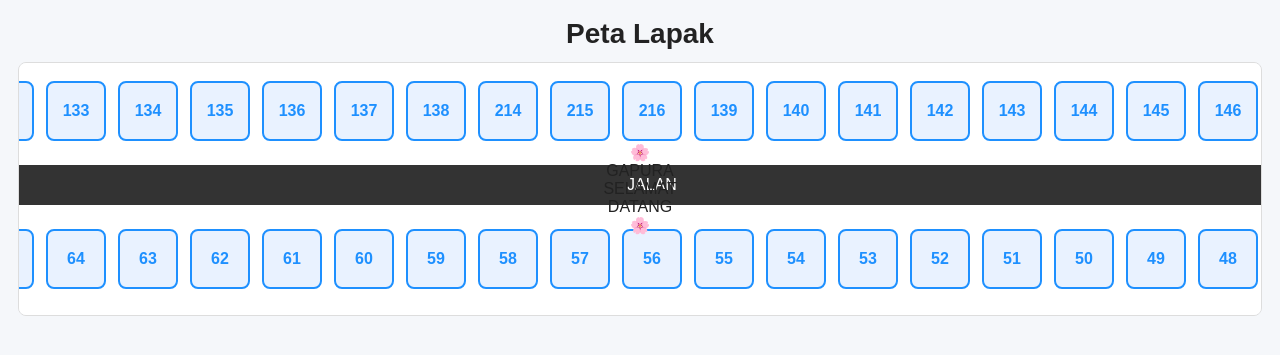
Repository: pasarrakyatbak/denah
Page: index.html
These files come from the project's save history. The page is drawn as it stood at one moment and after the next save; the edit follows.
The browser window is 1280 px wide. The pictures show the whole page.

Above is the page before, as saved 2025-09-19 08:30:29.

After the next save:
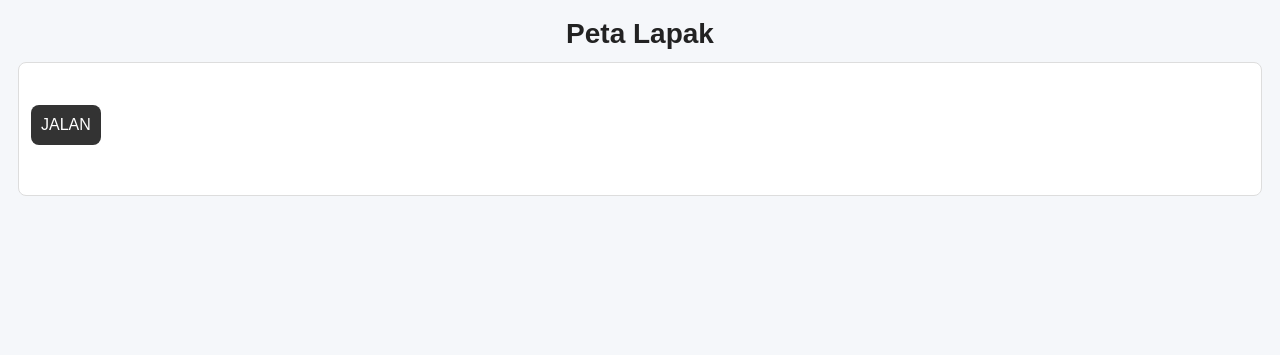
Console error: SyntaxError: Identifier 'leftNumbers' has already been declared
Saved 5 s later.
--- a/script.js
+++ b/script.js
@@ -18,6 +18,10 @@
     161, 162, 163, 164, 165, 166, 167, 168, 169, 170, 171, 172, 173, 174, 175, 176, 177, 178, 179, 180,
     181, 182, 183, 184, 185
 ];
+
+// === data nomor ===
+const leftNumbers = [ /* data sama */ ];
+const rightNumbers = [ /* data sama */ ];
 
 // elemen
 const rightSide = document.getElementById('right-side');
@@ -54,14 +58,21 @@
     parent.insertBefore(g, refNode);
 }
 
-// Contoh gerbang sekolah tetap dipertahankan
+// Gerbang Sekolah tetap dipertahankan
 insertGerbangBetween(leftSide, 2, 3, 'Gerbang Sekolah');
 insertGerbangBetween(leftSide, 11, 15, 'Gerbang Sekolah');
 
-// Tambahkan "Gapura Selamat Datang" di tengah jalan
+// === Buat gapura realistis ===
 const gapura = document.createElement('div');
 gapura.className = 'gapura';
-gapura.textContent = '🌸 GAPURA SELAMAT DATANG 🌸';
+gapura.innerHTML = `
+  <div class="tiang kiri"></div>
+  <div class="atap">
+    <div class="dekor-atas"></div>
+    <div class="teks">🌸 SELAMAT DATANG 🌸</div>
+  </div>
+  <div class="tiang kanan"></div>
+`;
 scrollContainer.appendChild(gapura);
 
 // Posisi gapura di tengah jalan
@@ -75,11 +86,11 @@
 
     // Posisi horizontal gapura
     gapura.style.position = 'absolute';
-    gapura.style.top = '50%'; // atau sesuai tinggi jalan
+    gapura.style.top = '50%'; // vertikal di tengah jalan
     gapura.style.left = `${maxW / 2}px`;
     gapura.style.transform = 'translate(-50%, -50%)';
 
-    // Scroll ke tengah
+    // Scroll ke tengah jalan
     const containerW = scrollContainer.clientWidth;
     scrollContainer.scrollLeft = Math.max(0, (maxW - containerW) / 2);
 }

After the save that followed:
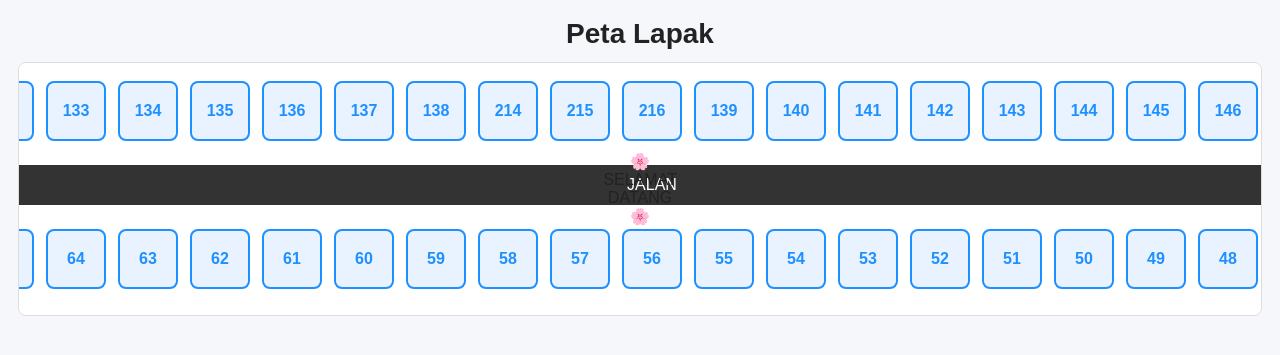
The error is gone.
Saved 4 s later.
--- a/script.js
+++ b/script.js
@@ -18,11 +18,6 @@
     161, 162, 163, 164, 165, 166, 167, 168, 169, 170, 171, 172, 173, 174, 175, 176, 177, 178, 179, 180,
     181, 182, 183, 184, 185
 ];
-
-// === data nomor ===
-const leftNumbers = [ /* data sama */ ];
-const rightNumbers = [ /* data sama */ ];
-
 // elemen
 const rightSide = document.getElementById('right-side');
 const leftSide = document.getElementById('left-side');
